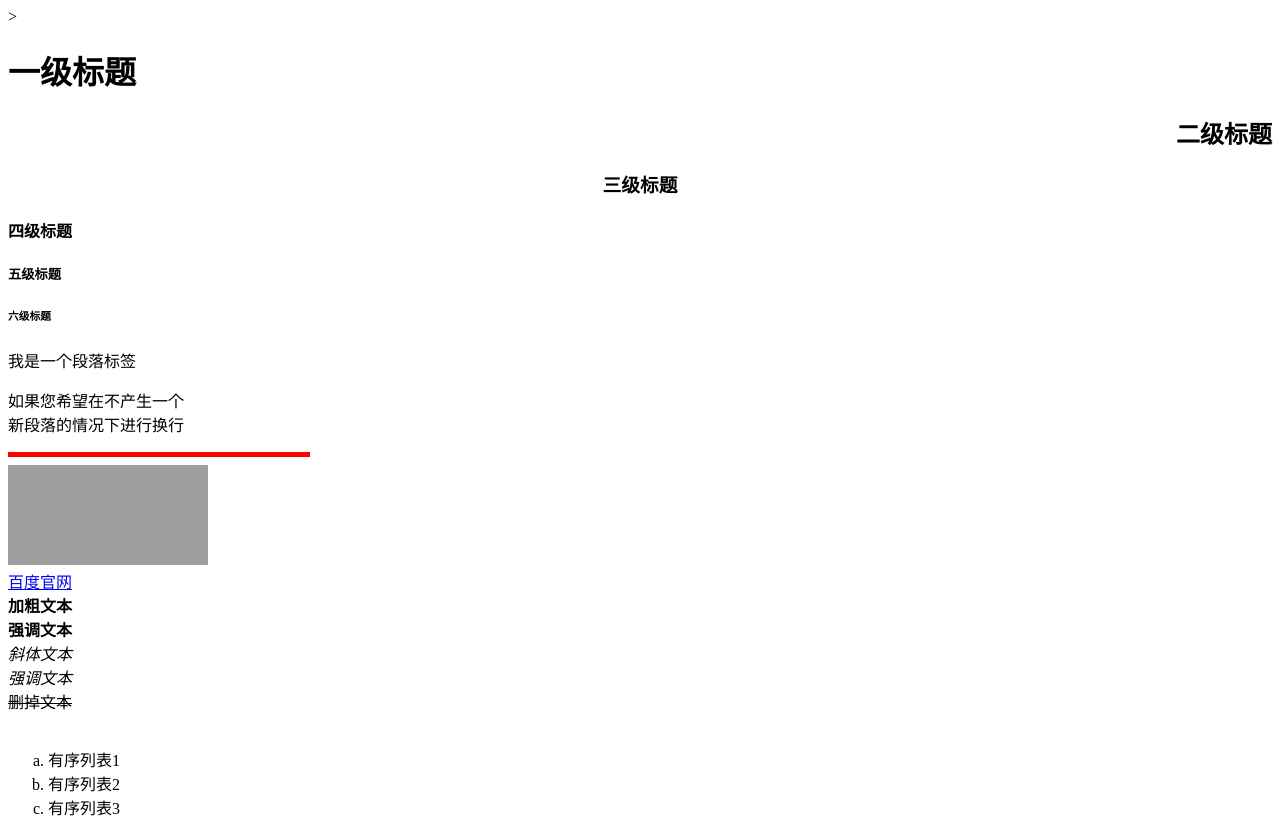
Repository: yuanliumaker/html-css-js
Page: hello.html
The author's editor kept a copy of each file at every save. The page is drawn from the files as they stood at one save, then again after the next save.
The browser window is 1280 px wide. The pictures show the whole page.
Pictures or frames that could not be fetched are drawn as grey boxes.

Above is the page before, as saved 2025-08-28 19:55:37.

### hello.html
<!DOCTYPE html>
<html lang="en">
<head>
    <meta charset="UTF-8">
    <meta name="viewport" content="width=device-width, initial-scale=1.0">
    <title>Document</title>
</head>
<body>
    <!--标题-->>
    <h1 align="left">一级标题</h1>
    <h2 align="right">二级标题</h2>
    <h3 align="center">三级标题</h3>
    <h4>四级标题</h4>
    <h5>五级标题</h5>
    <h6>六级标题</h6>
    <!--段落-->
    <!-- br表示换行 hr表示水平线 width属性表示水平线的宽度 size 表示线的高度 -->
    <p>我是一个段落标签</p>
    <p>如果您希望在不产生一个<br>新段落的情况下进行换行</p>
    <hr color="red" width="300px" size="5px" align="left">
    <!--img 图片 src:图片路径 widht 图片宽度 height 高度-->
    <img src="https://www.runoob.com/wp-content/uploads/2014/04/html-logo.png" alt="这是图片无法显示时的替代文字" title="鼠标悬停时显示的文字" width="200px" height="100px">

    <br>
    <!---超文本链接
    使用标签<a>来设置超文本链接 href属性表示链接的地址-->
    <a href="https://www.baidu.com">百度官网</a>

    <!--文本-->
    <br>
        <b>加粗文本</b><br>
        <strong>强调文本</strong><br>
        <i>斜体文本</i><br>
        <em>强调文本</em><br>
        <del>删掉文本</del><br>
    <!--列表:外面用ol包裹，每一条用li-- 且有属性type 1 a A i I-->
    <br>
    <ol type="a">
        <li>有序列表1</li>
        <li>有序列表2</li>
        <li>有序列表3</li>
    </ol>
</body>
</html>

After the next save:
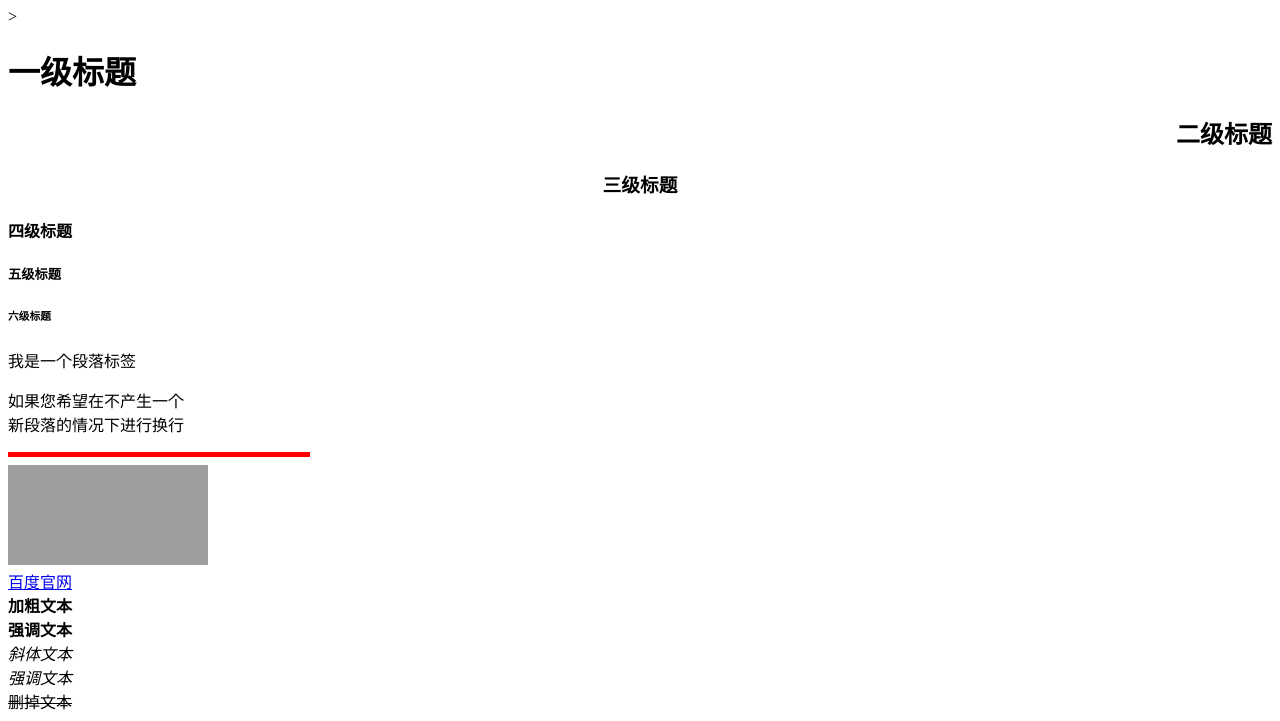
Saved 56 s later.
--- a/hello.html
+++ b/hello.html
@@ -33,7 +33,7 @@
         <i>斜体文本</i><br>
         <em>强调文本</em><br>
         <del>删掉文本</del><br>
-    <!--列表:外面用ol包裹，每一条用li-- 且有属性type 1 a A i I-->
+    <!--列表:外面用ol包裹，每一条用li-- 且有属性type 1 a A i I--和latex 列表可以嵌套>
     <br>
     <ol type="a">
         <li>有序列表1</li>

After the save that followed:
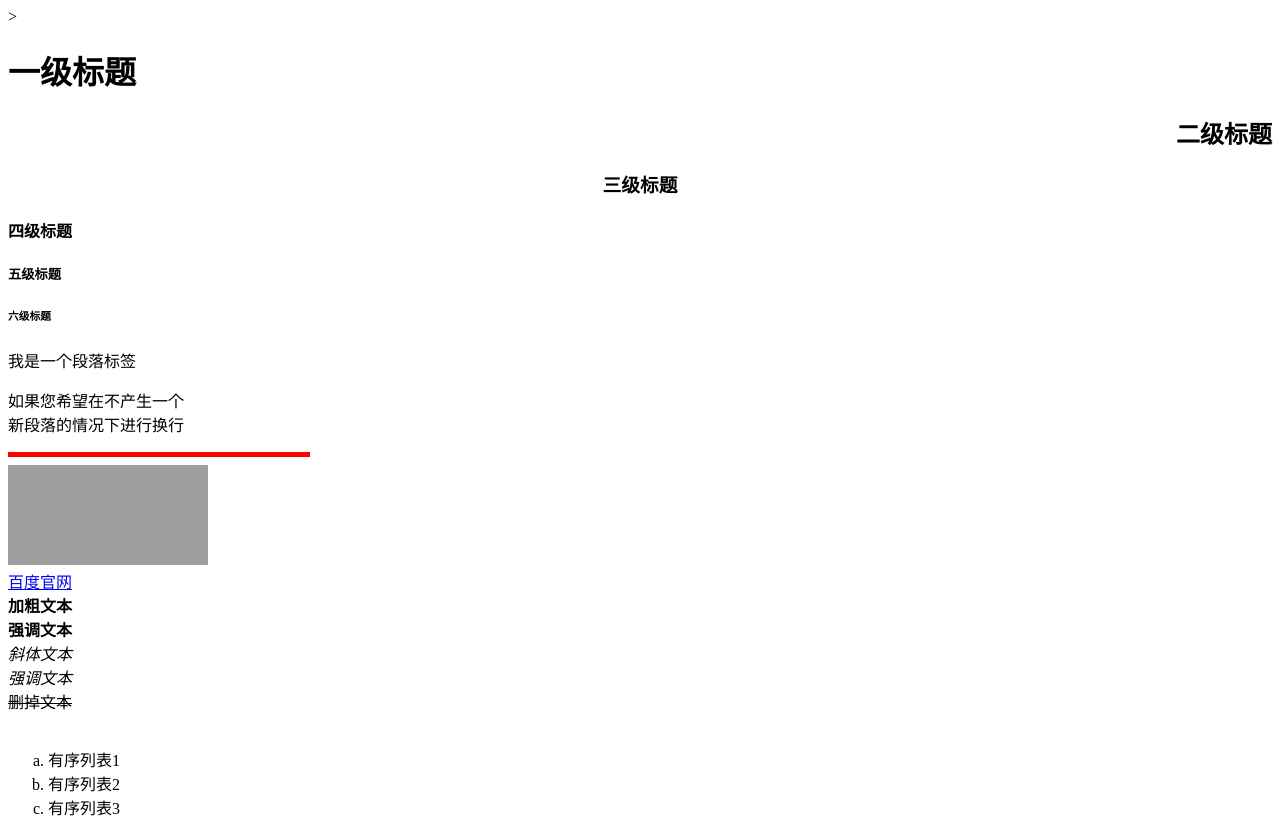
Saved 53 s later.
--- a/hello.html
+++ b/hello.html
@@ -33,7 +33,7 @@
         <i>斜体文本</i><br>
         <em>强调文本</em><br>
         <del>删掉文本</del><br>
-    <!--列表:外面用ol包裹，每一条用li-- 且有属性type 1 a A i I--和latex 列表可以嵌套>
+    <!--列表:外面用ol包裹，每一条用li-- 且有属性type 1 a A i I--和latex 列表可以嵌套-->
     <br>
     <ol type="a">
         <li>有序列表1</li>
